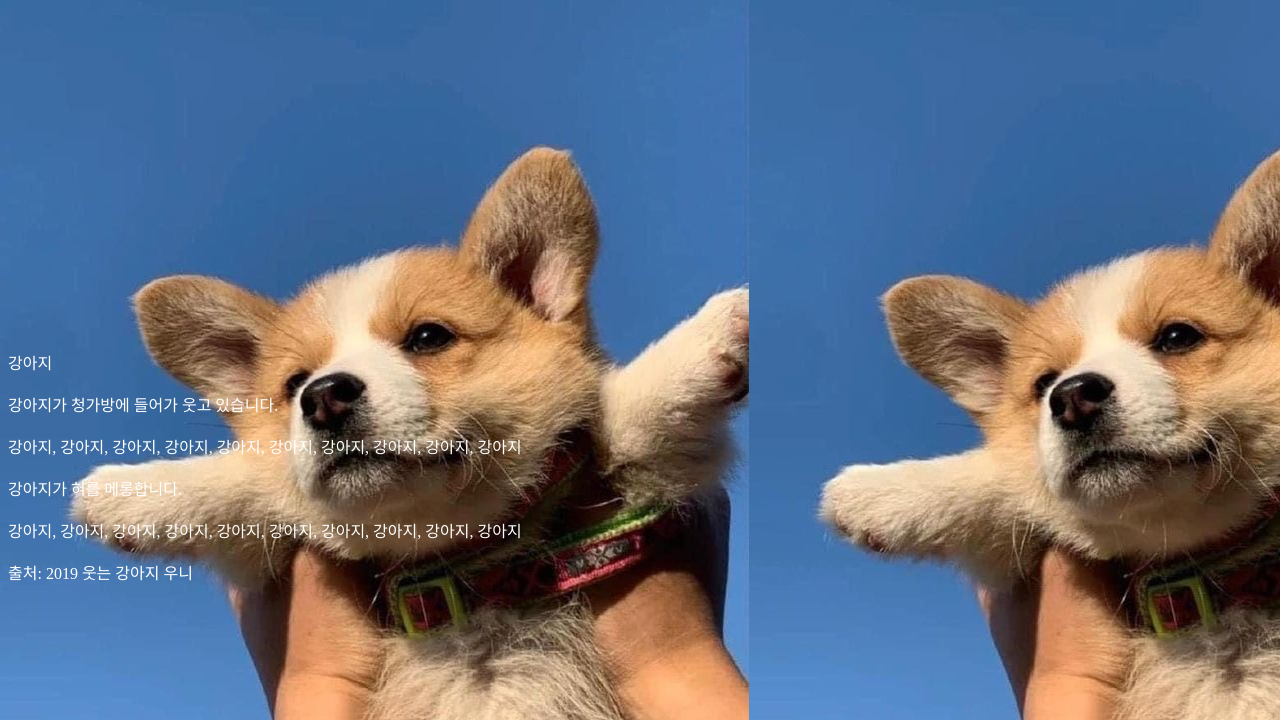
Repository: hb6700/client
Page: ClientTest/src/main/webapp/html/question/01_body.html
These files come from the project's save history. The page is drawn as it stood at one moment and after the next save; the edit follows.
The browser window is 1280 px wide. The pictures show the whole page.

Above is the page before, as saved 2023-09-20 02:41:14.

After the next save:
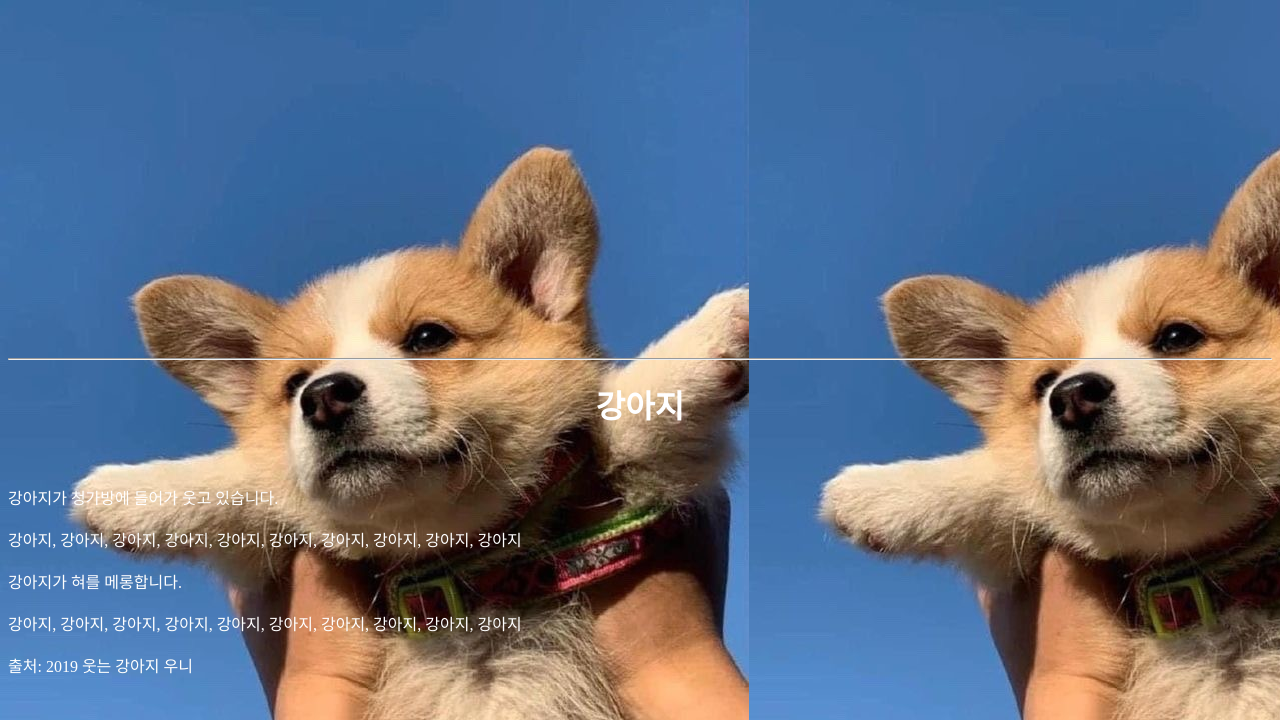
Saved 119 s later.
--- a/ClientTest/src/main/webapp/html/question/01_body.html
+++ b/ClientTest/src/main/webapp/html/question/01_body.html
@@ -7,7 +7,10 @@
 	<body background="images/귀여운 갱얼쥐.jpg">
 		<font align="center" color="white">
 			<br><br><br><br><br><br><br><br><br><br><br><br><br><br><br><br><br><br><br>
-			강아지
+			<hr align="center">
+				<h1 color="white">강아지</h1>
+
+
 			<br><br>
 			강아지가 청가방에 들어가 웃고 있습니다.
 			<br><br>
